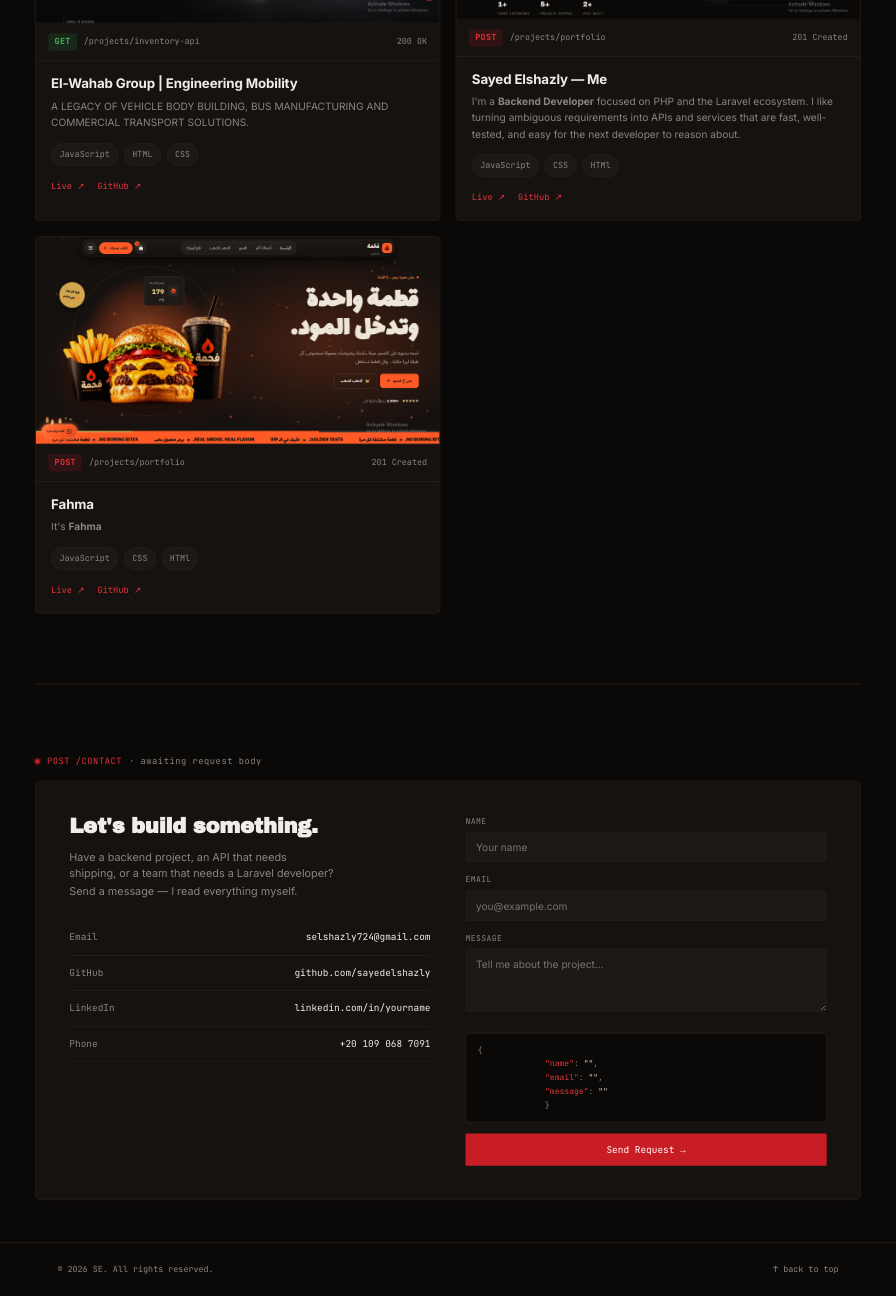
Repository: sayedelshazly/Portfolio.SE
Page: index.html
The author's editor kept a copy of each file at every save. The page is drawn from the files as they stood at one save, then again after the next save.
The browser window is 1280 px wide. The pictures show the part of the page from y = 3598 to 5518 px (the page is 5449 px tall before and 5518 px after), at 70% of full size.

Above is the page before, as saved 2026-10-28 05:43:33.

### index.html
<!DOCTYPE html>
<html lang="en">

<head>
  <meta charset="UTF-8">
  <meta name="viewport" content="width=device-width, initial-scale=1.0, viewport-fit=cover">
  <meta name="color-scheme" content="dark light">
  <title>Sayed Elshazly — Backend Engineer</title>
  <script>
    (() => {
      const systemPrefersLight = window.matchMedia('(prefers-color-scheme: light)').matches;
      try {
        const savedTheme = localStorage.getItem('portfolio-theme');
        document.documentElement.dataset.theme = savedTheme === 'light' || savedTheme === 'dark' ?
          savedTheme :
          (systemPrefersLight ? 'light' : 'dark');
      } catch {
        document.documentElement.dataset.theme = systemPrefersLight ? 'light' : 'dark';
      }
    })();
    document.documentElement.classList.add('is-loading');
    window.__pageLoadStartedAt = performance.now();
  </script>
  <link rel="preconnect" href="https://fonts.googleapis.com">
  <link rel="preconnect" href="https://fonts.gstatic.com" crossorigin>
  <link
    href="https://fonts.googleapis.com/css2?family=Archivo+Black&family=JetBrains+Mono:wght@400;500;600;700&family=Inter:wght@400;500;600;700;800&display=swap"
    rel="stylesheet">
  <link rel="stylesheet" href="style.css">
</head>

<body>

  <div class="preloader" id="preloader" role="status" aria-live="polite" aria-label="Loading website">
    <div class="loader-content">
      <span class="loader-mark"><span>&lt;</span>SE<span>/&gt;</span></span>
      <span class="loader-spinner" aria-hidden="true"></span>
      <span class="loader-text">Preparing your experience</span>
      <span class="loader-progress" aria-hidden="true"><span></span></span>
    </div>
  </div>

  <header>
    <div class="reading-progress" aria-hidden="true"><span id="readingProgress"></span></div>
    <nav>
      <a class="logo" href="#top" aria-label="Sayed Elshazly, back to top"><span
          class="br">&lt;</span>SayedElshazly<span class="br">/&gt;</span></a>
      <button class="nav-toggle" type="button" aria-expanded="false" aria-controls="site-navigation"
        aria-label="Open navigation">
        <span></span><span></span>
      </button>
      <ul class="nav-links" id="site-navigation">
        <li><a href="#about">about</a></li>
        <li><a href="#skills">skills</a></li>
        <li><a href="#experience">experience</a></li>
        <li><a href="#projects">projects</a></li>
        <li><a href="#contact">contact</a></li>
        <li><a href="./blog.html" target="_self">Blog</a></li>
        <li class="nav-close-item"><button class="nav-close" type="button">Close menu</button></li>
      </ul>
      <div class="status-pill"><span class="dot"></span><span class="label">available for work</span></div>
      <button class="theme-toggle" id="themeToggle" type="button" aria-label="Switch to light mode"
        title="Switch to light mode">
        <svg class="theme-icon-sun" viewBox="0 0 24 24" aria-hidden="true" focusable="false">
          <circle cx="12" cy="12" r="4"></circle>
          <path
            d="M12 2v2m0 16v2M4.93 4.93l1.42 1.42m11.3 11.3 1.42 1.42M2 12h2m16 0h2M4.93 19.07l1.42-1.42m11.3-11.3 1.42-1.42">
          </path>
        </svg>
        <svg class="theme-icon-moon" viewBox="0 0 24 24" aria-hidden="true" focusable="false">
          <path d="M20.2 15.1A8.5 8.5 0 0 1 8.9 3.8 8.6 8.6 0 1 0 20.2 15.1Z"></path>
        </svg>
      </button>
    </nav>
  </header>

  <main>

    <!-- ================= HERO ================= -->
    <section class="hero wrap" id="top">
      <div class="hero-intro">
        <h1>Sayed Abdo Elshazly<span class="accent">.</span></h1>
        <div class="eyebrow">GET /developer <span class="status">· HTTP/1.1 200 OK</span></div>
        <div class="role">Backend Engineer <span class="pipe">/</span> PHP &amp; Laravel Specialist</div>
      </div>

      <div class="hero-support">
        <p class="lede">I design and ship reliable server-side systems — clean APIs, solid database
          architecture, and code that holds up in production. Based in Cairo, working with teams
          anywhere.</p>
        <div class="btn-row">
          <a href="#projects" class="btn btn-primary">View Projects →</a>
          <a href="#contact" class="btn btn-ghost">Let's Talk <span aria-hidden="true">↗</span></a>
        </div>
      </div>

      <div class="term-card">
        <div class="term-bar">
          <span class="tdot"></span><span class="tdot"></span><span class="tdot"></span>
          <!-- <span class="tpath">~/portfolio/profile.jpg</span> -->
        </div>
        <div class="term-photo">
          <img src="./portrait2.jpeg" alt="Portrait of Sayed Elshazly, backend engineer">
          <div class="scan"></div>
          <div class="term-json">
            <span class="k">"role"</span>: <span class="s">"Backend Engineer"</span>,<br>
            <span class="k">"stack"</span>: <span class="s">["PHP", "Laravel", "MySQL"]</span>,<br>
            <span class="k">"status"</span>: <span class="s">"available"</span><span class="cursor"></span>
          </div>
        </div>
      </div>

      <div class="stat-row">
        <div class="stat"><b>1+</b><span>Years Experience</span></div>
        <div class="stat"><b>5+</b><span>Projects Shipped</span></div>
        <div class="stat"><b>2+</b><span>APIs Built</span></div>
      </div>
    </section>

    <!-- ================= ABOUT ================= -->
    <section class="about wrap" id="about">
      <div class="eyebrow">GET /about <span class="status">· 200 OK</span></div>
      <div class="about-grid">
        <div>
          <p>I'm a <b>Backend Developer</b> focused on PHP and the Laravel ecosystem. I like
            turning ambiguous requirements into APIs and services that are fast, well-tested,
            and easy for the next developer to reason about.</p>
          <p>My day-to-day covers <b>REST API design</b>, <b>database modeling</b>, authentication
            and authorization systems, background job processing, and integrating third-party
            services. I care about clean architecture as much as working code — SOLID principles,
            repository patterns, and readable commits.</p>
          <p>Outside of client work, I spend time exploring system design, contributing to small
            open-source tools, and refining my own boilerplate for faster project starts.</p>
        </div>
        <ul class="fact-list">
          <li><span>Location</span><span>6th of October, Giza, Egypt</span></li>
          <li><span>Focus</span><span>Backend / API Architecture</span></li>
          <li><span>Availability</span><span>Open to freelance &amp; full-time</span></li>
          <li><span>Languages</span><span>Arabic, English</span></li>
          <li><span>Response time</span><span>&lt; 24h</span></li>
        </ul>
      </div>
    </section>

    <!-- ================= SKILLS ================= -->
    <section class="skills wrap" id="skills">
      <div class="section-head">
        <div class="eyebrow">GET /skills <span class="status">· 200 OK</span></div>
        <h2>What I build with</h2>
        <p>The core stack behind most of the systems I ship — plus the tools that keep them
          maintainable.</p>
      </div>
      <div class="skill-groups">
        <div class="skill-card">
          <h3>Languages &amp; Frameworks</h3>
          <div class="tag-row">
            <span class="tag">PHP</span>
            <span class="tag">Laravel</span>
            <span class="tag">JavaScript</span>
            <span class="tag">Blade</span>
            <span class="tag">Livewire</span>
          </div>
        </div>
        <div class="skill-card">
          <h3>Data &amp; APIs</h3>
          <div class="tag-row">
            <span class="tag">MySQL</span>
            <span class="tag">PostgreSQL</span>
            <span class="tag">Redis</span>
            <span class="tag">REST APIs</span>
            <span class="tag">Eloquent ORM</span>
          </div>
        </div>
        <div class="skill-card">
          <h3>Tools &amp; Practices</h3>
          <div class="tag-row">
            <span class="tag">Git</span>
            <span class="tag">Docker</span>
            <span class="tag">Postman</span>
            <span class="tag">PHPUnit</span>
            <span class="tag">CI / CD</span>
          </div>
        </div>
      </div>
    </section>

    <!-- ================= EXPERIENCE ================= -->
    <section class="experience wrap" id="experience">
      <div class="section-head">
        <div class="eyebrow">GET /experience <span class="status">· 200 OK</span></div>
        <h2>Where I've worked</h2>
      </div>
      <div class="log">
        <div class="log-entry">
          <div class="log-head">
            <span class="log-hash">#a3f21c</span>
            <span class="log-date">2023 — 2024</span>
          </div>
          <h3>Backend Developer <span>@ Development</span></h3>
          <ul>
            <li>Designed and maintained REST APIs for production applications</li>
            <li>Improved response times through query optimization and caching</li>
            <li>Contributed to Laravel service architecture and system migrations</li>
          </ul>
          <div class="tag-row"><span class="tag">Laravel</span><span class="tag">APIs</span><span
              class="tag">MySQL</span></div>
        </div>
        <div class="log-entry">
          <div class="log-head">
            <span class="log-hash">#a3f48c</span>
            <span class="log-date">2026 — present</span>
          </div>
          <h3>Backend Developer Intern <span>@ Eraasoft</span></h3>
          <ul>
            <li>Designed and maintained REST APIs for production applications</li>
            <li>Improved response times through query optimization and caching</li>
            <li>Contributed to Laravel service architecture and system migrations</li>
          </ul>
          <div class="tag-row"><span class="tag">Laravel</span><span class="tag">APIs</span><span
              class="tag">MySQL</span></div>
        </div>
      </div>
    </section>

    <!-- ================= PROJECTS ================= -->
    <section class="projects wrap" id="projects">
      <div class="section-head">
        <div class="eyebrow">GET /projects <span class="status">· 200 OK</span></div>
        <h2>Selected work</h2>
        <p>A handful of systems and APIs I've designed end-to-end, from schema to deployment.</p>
      </div>
      <div class="project-grid">

        <div class="project-card">
          <figure class="project-visual">
            <img src="./assets/blog/Screenshot (329)(1).png" alt="Illustrative inventory dashboard preview"
              loading="lazy" decoding="async">
          </figure>
          <div class="pc-top">
            <span class="method get">GET</span>
            <span class="route">/projects/inventory-api</span>
            <span class="status-code">200 OK</span>
          </div>
          <div class="pc-body">
            <h3>El-Wahab Group | Engineering Mobility</h3>
            <p>A LEGACY OF VEHICLE BODY BUILDING, BUS MANUFACTURING AND
              COMMERCIAL TRANSPORT SOLUTIONS.</p>
            <div class="tag-row" style="margin-bottom:18px;">
              <span class="tag">JavaScript</span><span class="tag">HTML</span><span class="tag">CSS</span>
            </div>
            <div class="pc-links">
              <!-- <a href="elwahab-groub.up.railway.app"></a> -->
              <a href="https://elwahab-groub.up.railway.app" target="_blank" rel="noopener">Live ↗</a>
              <a href="#">GitHub ↗</a>
            </div>
          </div>
        </div>

        <div class="project-card">
          <figure class="project-visual">
            <img src="./assets/blog/Screenshot (332)(1).png" alt="Illustrative booking calendar preview" loading="lazy"
              decoding="async">
          </figure>
          <div class="pc-top">
            <span class="method post">POST</span>
            <span class="route">/projects/portfolio</span>
            <span class="status-code">201 Created</span>
          </div>
          <div class="pc-body">
            <h3>Sayed Elshazly — Me</h3>
            <p>I'm a <b>Backend Developer</b> focused on PHP and the Laravel ecosystem. I like
              turning ambiguous requirements into APIs and services that are fast, well-tested,
              and easy for the next developer to reason about.</p>
            <div class="tag-row" style="margin-bottom:18px;">
              <span class="tag">JavaScript</span><span class="tag">CSS</span><span class="tag">HTMl</span>
            </div>
            <div class="pc-links">
              <!-- <a href="https://selshazly-portfolio.up.railway.app">Live ↗</a> -->
              <a href="https://selshazly-portfolio.up.railway.app" target="_blank">Live ↗</a>
              <!-- <a href="https://selshazly-portfolio.up.railway.app" target="_blank" rel="noopener">Live ↗</a> -->

              <a href="#">GitHub ↗</a>
            </div>
          </div>
        </div>
        <div class="project-card">
          <figure class="project-visual">
            <img src="./assets/blog/Screenshot (375)(1).png" alt="Illustrative booking calendar preview" loading="lazy"
              decoding="async">
          </figure>
          <div class="pc-top">
            <span class="method post">POST</span>
            <span class="route">/projects/portfolio</span>
            <span class="status-code">201 Created</span>
          </div>
          <div class="pc-body">
            <h3>Fahma</h3>
            <p>It's <b>Fahma</b is a unique burger spot dedicated to serving real flame-grilled meat with
              authentic smoky flavors, melted cheese, and signature homemade sauces. Every bite is crafted with love to
              give you a bold and unforgettable experience—from the grill straight to your door!</p>
            <div class="tag-row" style="margin-bottom:18px;">
              <span class="tag">JavaScript</span><span class="tag">CSS</span><span class="tag">HTMl</span>
            </div>
            <div class="pc-links">
              <!-- <a href="https://selshazly-portfolio.up.railway.app">Live ↗</a> -->
              <a href="https://fahma-lv.vercel.app" target="_blank">Live ↗</a>
              <!-- <a href="https://selshazly-portfolio.up.railway.app" target="_blank" rel="noopener">Live ↗</a> -->

              <a href="#">GitHub ↗</a>
            </div>
          </div>
        </div>

      </div>
    </section>

    <!-- ================= CONTACT ================= -->
    <section class="contact wrap" id="contact">
      <div class="eyebrow">POST /contact <span class="status">· awaiting request body</span></div>
      <div class="contact-grid">
        <div class="contact-info">
          <h2 style="font-size:30px;margin-bottom:16px;">Let's build something.</h2>
          <p>Have a backend project, an API that needs shipping, or a team that needs a
            Laravel developer? Send a message — I read everything myself.</p>
          <ul class="contact-channels">
            <li><span>Email</span><a href="mailto:selshazly724@gmail.com">selshazly724@gmail.com</a></li>
            <li><span>GitHub</span><a href="https://github.com/sayedelshazly">github.com/sayedelshazly</a></li>
            <li><span>LinkedIn</span><a href="#">linkedin.com/in/yourname</a></li>
            <li><span>Phone</span><a
                href="https://wa.me/201099687091?text=Hi%20Sayed,%20I%20saw%20your%20portfolio%20and%20want%20to%20discuss%20a%20project."
                target="_blank" rel="noopener">+20 109 068 7091</a></li>

          </ul>
        </div>
        <div>
          <form id="contactForm">
            <div>
              <label for="fname">Name</label>
              <input type="text" id="fname" name="name" placeholder="Your name" required>
            </div>
            <div>
              <label for="femail">Email</label>
              <input type="email" id="femail" name="email" placeholder="you@example.com" required>
            </div>
            <div>
              <label for="fmsg">Message</label>
              <textarea id="fmsg" name="message" placeholder="Tell me about the project..." required></textarea>
            </div>
            <div class="json-preview" id="jsonPreview">{
              <span class="k">"name"</span>: <span class="v">""</span>,
              <span class="k">"email"</span>: <span class="v">""</span>,
              <span class="k">"message"</span>: <span class="v">""</span>
              }</div>
            <button type="submit" class="btn btn-primary"
              style="justify-content:center;border:none;cursor:pointer;">Send Request →</button>
          </form>
        </div>
      </div>
    </section>

  </main>

  <footer>
    <div class="wrap">
      <span>© 2026 SE. All rights reserved.</span>
      <span><a href="#top">↑ back to top</a></span>
    </div>
  </footer>

  <a class="back-to-top" href="#top" aria-label="Back to top">↑</a>

  <script src="main.js"></script>

</body>

</html>

Loaded but not shown: main.js (76 lines, source omitted); style.css (2091 lines, source omitted)

After the next save:
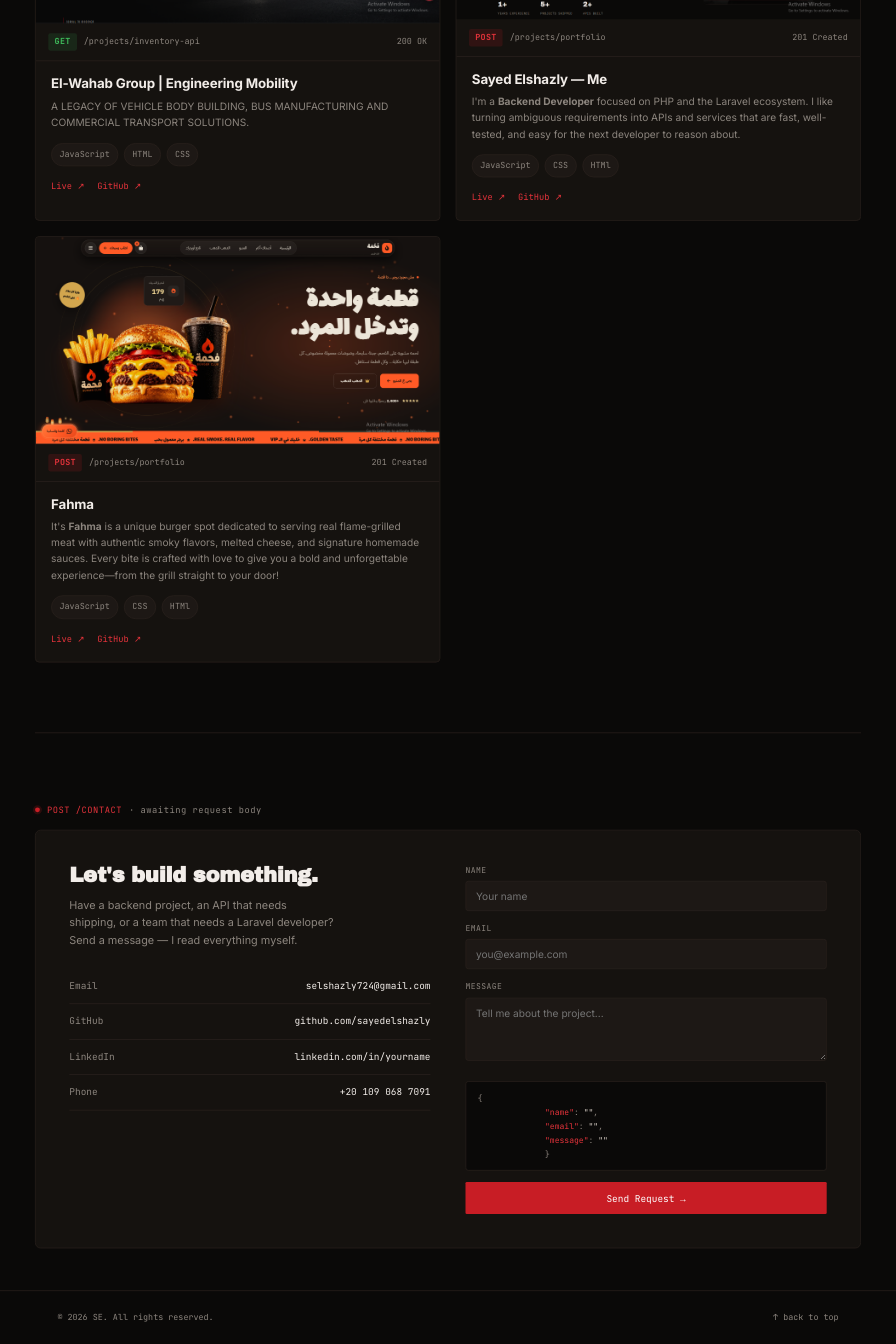
Saved 5 s later.
--- a/index.html
+++ b/index.html
@@ -295,7 +295,7 @@
           </div>
           <div class="pc-body">
             <h3>Fahma</h3>
-            <p>It's <b>Fahma</b is a unique burger spot dedicated to serving real flame-grilled meat with
+            <p>It's <b>Fahma</b> is a unique burger spot dedicated to serving real flame-grilled meat with
               authentic smoky flavors, melted cheese, and signature homemade sauces. Every bite is crafted with love to
               give you a bold and unforgettable experience—from the grill straight to your door!</p>
             <div class="tag-row" style="margin-bottom:18px;">
